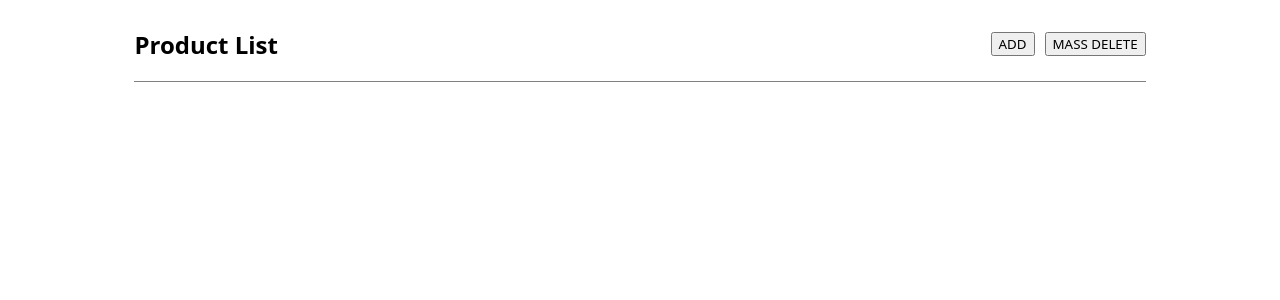
Repository: gabyto19/scandiweb
Page: http://localhost/
An editor plug-in stored every save of this project. The page is shown before and after the next save, followed by the edit.
The browser window is 1280 px wide. The pictures show the whole page.
Some web libraries are served in a nearby version. The page is run by PHP 8.4 with error messages shown; the project is at /var/www/html/. Queries for data that is not in the repository find no rows.

Above is the page before, as saved 2023-03-10 02:27:30.

### index.php
<!DOCTYPE html>
<html lang="en">

<head>
  <meta charset="UTF-8" />
  <meta name="viewport" content="width=device-width, initial-scale=1.0" />
  <title>Vue Basics</title>
  <link href="https://fonts.googleapis.com/css2?family=Jost:wght@400;700&display=swap" rel="stylesheet" />
  <link rel="stylesheet" href="styles.css" />
  <script src="https://unpkg.com/vue@next" defer></script>
  <script src="https://unpkg.com/vue@3/dist/vue.global.js"></script>

</head>

<body>
  <section id="app">
    <nav>
      <h2>Product List</h2>
      <div class="rightButtons">
        <button><a style="text-decoration: none; color: black" href="addPage.php">ADD</a>
        </button>
        <button class="delete-checkbox" id="delete-product-btn" @click="deleteProducts()">MASS DELETE</button>
      </div>
    </nav>

    <div class="grid-container">
      <div v-for="product in products" :key="product.sku">
        <input type="checkbox" id="delete-checkbox" class="delete-checkbox" v-model="selectedProducts"
          :value="product.id" />
        <p>sku:{{product.sku}}</p>
        <p>name:{{product.name}}</p>
        <div v-if="product.productType == 'dvd'">
          <p>Size: {{product.size}} MB</p>
        </div>
        <div v-else-if="product.productType == 'furniture'">
          <p>Dimension: {{product.height}}x{{product.width}}x{{product.length}}</p>
        </div>
        <div v-if="product.productType == 'book'">
          <p>Weight: {{product.weight}}</p>
        </div>
      </div>
    </div>
  </section>

  <script src="https://cdn.jsdelivr.net/npm/axios@1.1.2/dist/axios.min.js"></script>
  <script src="https://unpkg.com/vue@3/dist/vue.global.js"></script>
  <script src="index.js"></script>
  <?php include 'insert-product.php'; ?>
</body>

</html>
<style scoped>
  .rightButtons button:first-child {
    margin-right: 10px;
  }

  .grid-container {
    display: grid;
    grid-template-columns: auto auto auto auto;
    gap: 40px;
    padding: 10px;
    width: 80%;
    margin: auto;
  }

  .grid-container>div {
    text-align: center;
    border: solid 1px;
    width: 90%;
    margin: auto;
  }

  .grid-container input {
    display: block;
    position: relative;
    left: 5%;
    top: 10px;
  }
</style>

### insert-product.php
<?php

class Product
{

    private $servername;
    private $username;
    private $password;
    private $dbname;
    private $conn;

    public function __construct($servername, $username, $password, $dbname)
    {
        $this->servername = $servername;
        $this->username = $username;
        $this->password = $password;
        $this->dbname = $dbname;

    }

    public function connect()
    {
        $this->conn = new mysqli($this->servername, $this->username, $this->password, $this->dbname);

        if ($this->conn->connect_error) {
            die("Connection failed: " . $this->conn->connect_error);
        }
    }

    public function close()
    {
        $this->conn->close();
    }

    public function insertProduct($sku, $name, $price, $productType, $size, $weight, $height, $width, $length)
    {
        $stmt = $this->conn->prepare("INSERT INTO products (sku, name, price, productType, size, weight, height, width, length) VALUES (?, ?, ?, ?, ?, ?, ?, ?, ?)");
        $stmt->bind_param("ssdssdddd", $sku, $name, $price, $productType, $size, $weight, $height, $width, $length);

        if ($stmt->execute()) {
            echo "New record created successfully";
        } else {
            echo "Error: " . $stmt->error;
        }
        $stmt->close();
    }
    public function getProducts()
{
    $sql = "SELECT sku, name, price, productType, size, weight, height, width, length FROM products";
    $result = $this->conn->query($sql);

    if ($result->num_rows > 0) {
        $data = array();
        while ($row = $result->fetch_assoc()) {
            $data[] = $row;
        }
        return json_encode($data);
    } else {
        return json_encode(array());
    }
}



}

$product = new Product("localhost", "root", "", "test");
$product->connect();

$product->close();
if ($_SERVER["REQUEST_METHOD"] == "POST") {
    $sku = $_POST['sku'];
    $name = $_POST['name'];
    $price = $_POST['price'];
    $productType = $_POST['productType'];
    $size = $_POST['size'];
    $weight = $_POST['weight'];
    $height = $_POST['height'];
    $width = $_POST['width'];
    $length = $_POST['length'];

    if ($size == null) {
        $size = '0';
    }

    if ($weight == null) {
        $weight = '0';
    }

    if ($height == null) {
        $height = '0';
    }

    if ($width == null) {
        $width = '0';
    }

    if ($length == null) {
        $length = '0';
    }

    $product->connect();
    $product->insertProduct($sku, $name, $price, $productType, $size, $weight, $height, $width, $length);
    $product->getProducts();
    $product->close();
}

?>

### get_products.php
<?php

class Product
{
    private $servername;
    private $username;
    private $password;
    private $dbname;
    private $conn;

    public function __construct($servername, $username, $password, $dbname)
    {
        $this->servername = $servername;
        $this->username = $username;
        $this->password = $password;
        $this->dbname = $dbname;
    }

    public function connect()
    {
        $this->conn = new mysqli($this->servername, $this->username, $this->password, $this->dbname);

        if ($this->conn->connect_error) {
            throw new Exception("Connection failed: " . $this->conn->connect_error);
        }
    }

    public function close()
    {
        $this->conn->close();
    }

    public function getProducts()
    {
        $sql = "SELECT id, sku, name, price, productType, size, weight, height, width, length FROM products";
        $result = $this->conn->query($sql);

        if (!$result) {
            throw new Exception("Error retrieving products: " . $this->conn->error);
        }

        $data = array();
        while ($row = $result->fetch_assoc()) {
            $data[] = $row;
        }

        return json_encode($data);
    }
}


$product = new Product("localhost", "root", "", "test");
try {
    $product->connect();
    $products = $product->getProducts();
    echo $products;
} catch (Exception $e) {
    echo "Error: " . $e->getMessage();
} finally {
    $product->close();
}


?>

### styles.css
nav {
    width: 80%;
    display: flex;
    justify-content: space-between;
    align-items: center;
    margin: auto;
    border-bottom: solid 1px gray;
  }

  * {
    font-family: system-ui;
  }

### index.js
Vue.createApp({
  data() {
    return {
      sku: "",
      name: "",
      price: "",
      dimension: "",
      products: [],
      selectedProducts: [],
    };
  },
  methods: {
    deleteProducts() {
      axios
        .post("delete_products.php", {
          selectedProducts: this.selectedProducts,
        })
        .then((response) => {
          // handle success response
          console.log(response.data);
          // remove deleted products from the list
          this.products = this.products.filter(
            (product) => !this.selectedProducts.includes(product.id)
          );
          // clear selectedProducts array
          this.selectedProducts = [];
        })
        .catch((error) => {
          // handle error response
          console.log(error);
        });
    },
  },
  created() {
    axios
      .get("get_products.php")
      .then((response) => {
        this.products = response.data;
      })
      .catch((error) => {
        console.log(error);
      });
  },
}).mount("#app");

After the next save:
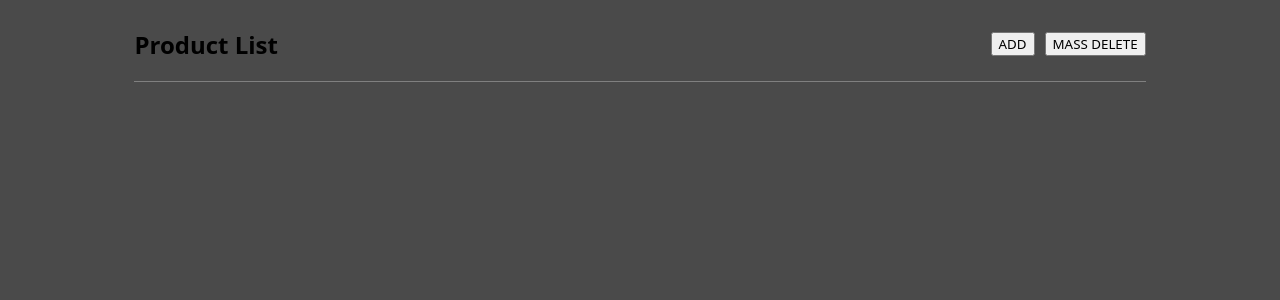
Saved 67 s later.
--- a/index.php
+++ b/index.php
@@ -76,4 +76,7 @@
     left: 5%;
     top: 10px;
   }
+  body{
+    background-color: #4a4a4a;
+  }
 </style>
